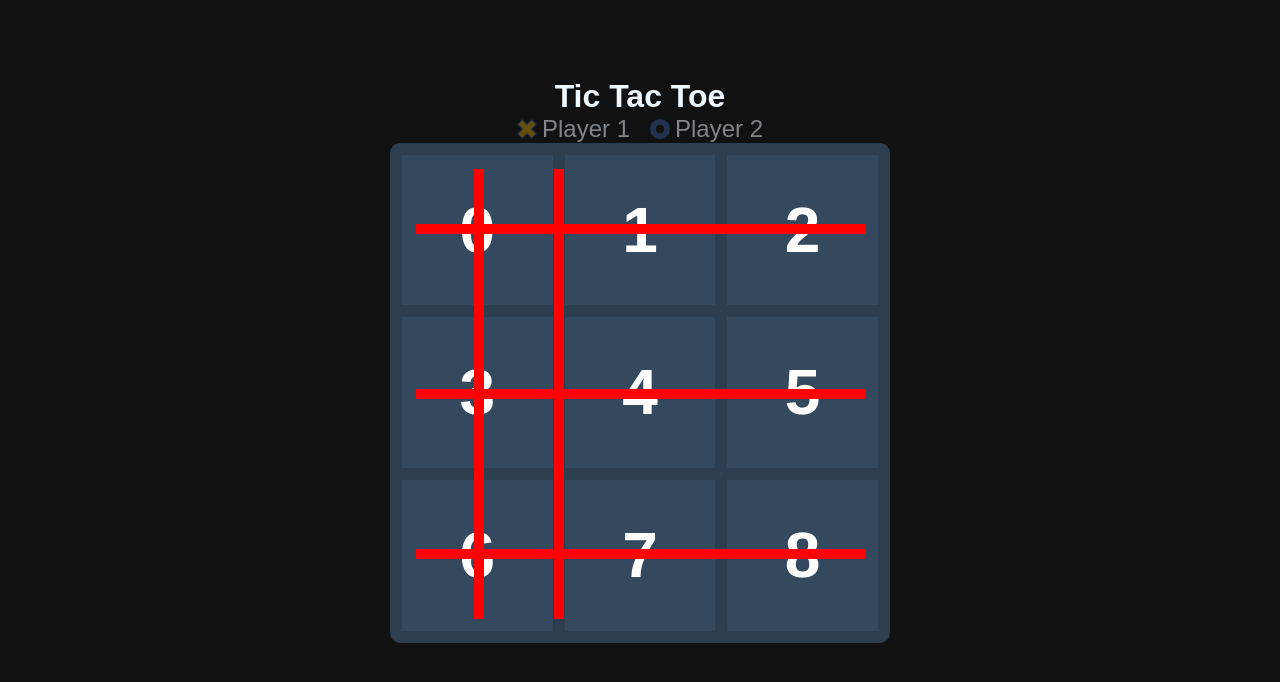
Repository: richardlieknis/tictactoe
Page: index.html
The author's editor kept a copy of each file at every save. The page is drawn from the files as they stood at one save, then again after the next save.
The browser window is 1280 px wide. The pictures show the whole page.

Above is the page before, as saved 2022-12-08 14:35:33.

After the next save:
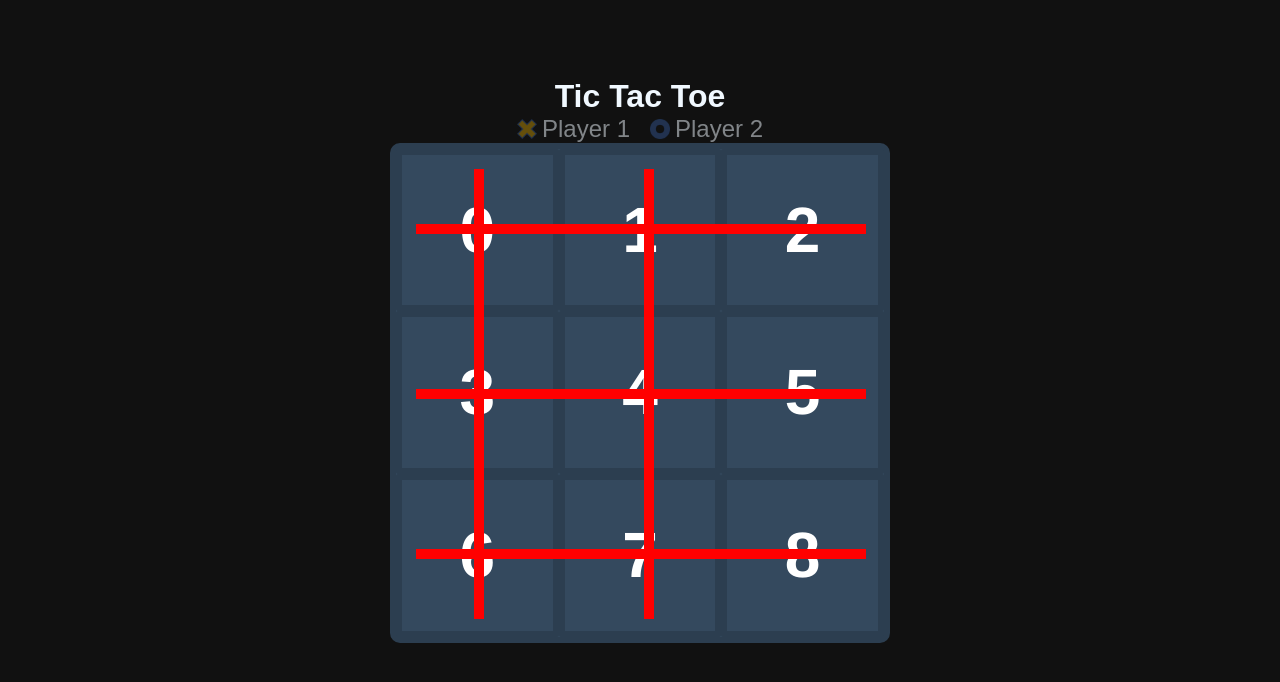
Saved 6 s later.
--- a/index.html
+++ b/index.html
@@ -38,7 +38,7 @@
                 <div class="line" style="top: 240px; left: 20px"></div>
                 <div class="line" style="top: 400px; left: 20px"></div>
                 <div class="line" style="top: 240px; right: 180px; transform: rotate(90deg)"></div>
-                <div class="line" style="top: 240px; right: 100px; transform: rotate(90deg)"></div>
+                <div class="line" style="top: 240px; right: 10px; transform: rotate(90deg)"></div>
                 <div class="line" style="top: 75px; left: 20px"></div>
                 <div class="line" style="top: 75px; left: 20px"></div>
                 <div class="line" style="top: 75px; left: 20px"></div>
